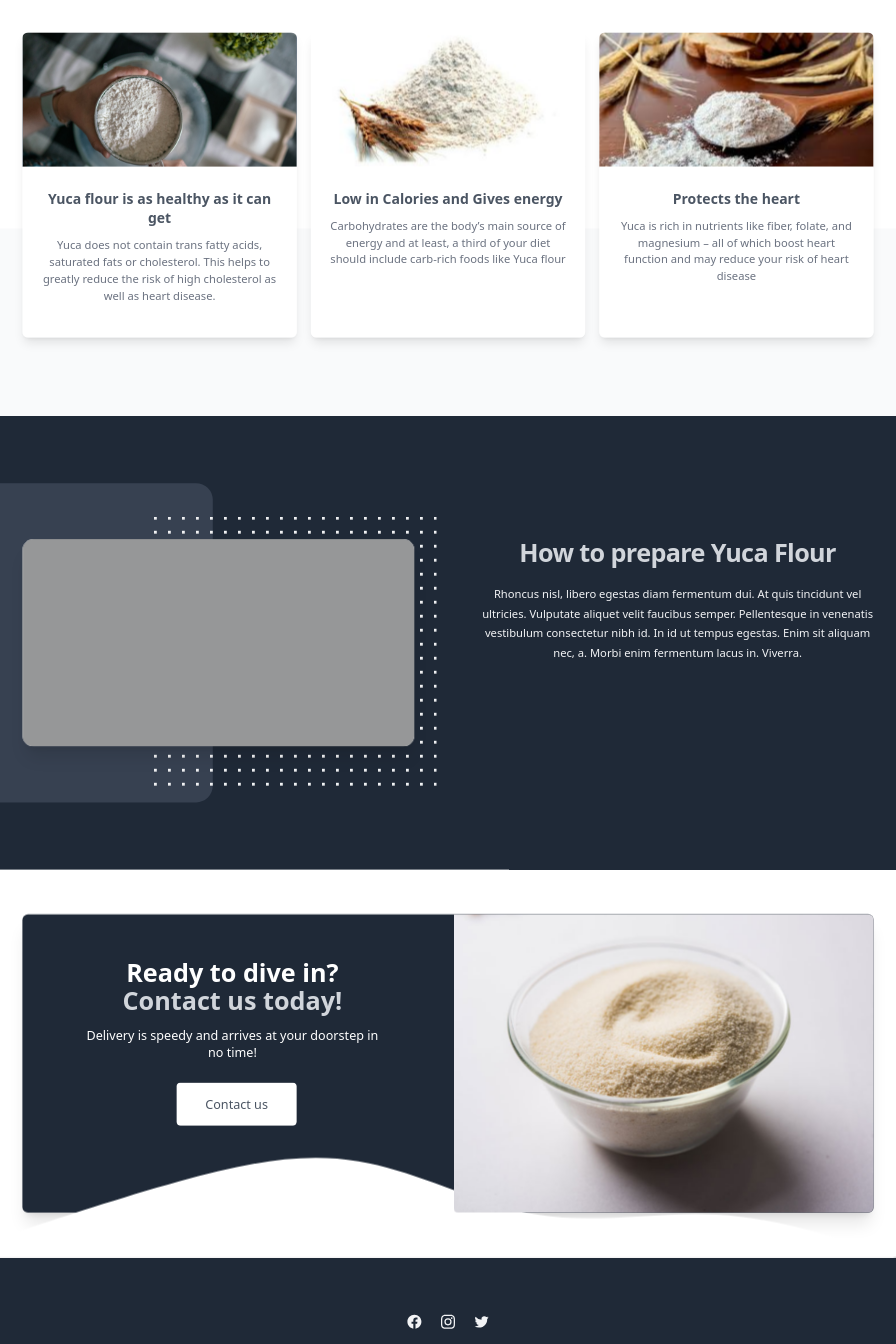
Repository: bellatrick/prime-foods
Page: /
These files come from the project's save history. The page is drawn as it stood at one moment and after the next save; the edit follows.
The browser window is 1280 px wide. The pictures show the part of the page from y = 955 to 2875 px (the page is 2960 px tall), at 70% of full size.
Pictures or frames that could not be fetched are drawn as grey boxes. Some web fonts or font styles are not loaded; a fallback is used. The project was rebuilt for these pictures with package versions that can differ from the ones it lists, and the page was loaded fresh each time.

Above is the page before, as saved 2022-05-01 12:41:15.

### public/index.html
<!DOCTYPE html>
<html lang="en">
  <head>
    <meta charset="utf-8" />
    <link rel="icon" href="%PUBLIC_URL%/favicon.ico" />
    <meta name="viewport" content="width=device-width, initial-scale=1" />
    <meta name="theme-color" content="#000000" />
    <meta
      name="description"
      content="Web site created using create-react-app"
    />
    <link rel="apple-touch-icon" href="%PUBLIC_URL%/logo192.png" />
    <link rel="preconnect" href="https://fonts.googleapis.com" />
    <link rel="preconnect" href="https://fonts.gstatic.com" crossorigin />
    <link
      href="https://fonts.googleapis.com/css2?family=Dancing+Script:wght@400;500;600;700&family=Inter:wght@100;200;300;400;500;700;900&family=Kavoon&display=swap"
      rel="stylesheet"
    />
    <!--
      manifest.json provides metadata used when your web app is installed on a
      user's mobile device or desktop. See https://developers.google.com/web/fundamentals/web-app-manifest/
    -->
    <link rel="manifest" href="%PUBLIC_URL%/manifest.json" />
    <!--
      Notice the use of %PUBLIC_URL% in the tags above.
      It will be replaced with the URL of the `public` folder during the build.
      Only files inside the `public` folder can be referenced from the HTML.

      Unlike "/favicon.ico" or "favicon.ico", "%PUBLIC_URL%/favicon.ico" will
      work correctly both with client-side routing and a non-root public URL.
      Learn how to configure a non-root public URL by running `npm run build`.
    -->
    <title>React App</title>
  </head>
  <body>
    <noscript>You need to enable JavaScript to run this app.</noscript>
    <div id="root"></div>
    <!--
      This HTML file is a template.
      If you open it directly in the browser, you will see an empty page.

      You can add webfonts, meta tags, or analytics to this file.
      The build step will place the bundled scripts into the <body> tag.

      To begin the development, run `npm start` or `yarn start`.
      To create a production bundle, use `npm run build` or `yarn build`.
    -->
  </body>
</html>

### src/App.js
import Hero from './components/Hero'
import Features from './components/Features'
import Cta from './components/Cta'
import Footer from './components/Footer'
import Content from './components/Content'
import './App.css';

function App() {
  return (
    <div className="App">
     <Hero/>
     <Features/>
     <Content/>
     <Cta/>
     <Footer/>

    </div>
  );
}

export default App;

### src/components/Hero.jsx
import { Popover } from "@headlessui/react";
import img1 from "../assets/img7.jpg";
import logo from "../assets/prime.jpg";
import Fade from "react-reveal/Fade";

export default function Example() {
  return (
    <div className="relative bg-gray-800">
      <Popover className="relative bg-white shadow">
        <div className="max-w-7xl mx-auto px-4 sm:px-6">
          <div className="flex justify-between items-center py-6  md:space-x-10">
            <div className="flex justify-start lg:w-0 lg:flex-1">
              <img
                src={logo}
                alt=""
                className="h-12 w-auto sm:h-12 object-fill"
              />
            </div>
            <div className="flex gap-8 text-white font-bold cursor-pointer  ">
              <a
                className="hover:bg-gray-400 hover:text-white w-32 py-2 text-white bg-gray-800 rounded-md"
                href="#About"
              >
                About{" "}
              </a>
              <a
                className="hover:bg-gray-400 hover:text-white w-32 py-2 text-white bg-gray-800 rounded-md"
                href="#contact-us"
              >
                Contact us
              </a>
            </div>
          </div>
        </div>
      </Popover>

      <main className="lg:relative">
        <div className="mx-auto max-w-7xl w-full pt-16 pb-20 text-center lg:py-48 lg:text-left">
          <div className="px-4 lg:w-1/2 sm:px-8 xl:pr-16">
            <Fade left opposite>
              <h1 className="text-4xl tracking-tight font-extrabold text-white sm:text-5xl md:text-6xl lg:text-5xl xl:text-6xl">
                <span className="block xl:inline">Yuca Flour</span>{" "}
              </h1>
            </Fade>
            <Fade right opposite>
              <p className="mt-3 max-w-md mx-auto text-lg text-gray-100 sm:text-xl md:mt-5 md:max-w-3xl">
                Yuca flour is a product of cassava. It is nutrient dense and
                provides all the nourishment your body needs to be fortified.
              </p>
            </Fade>

            <div className="mt-10 flex justify-center lg:justify-start">
              <div className="mt-3 sm:mt-0 sm:ml-3">
                <a
                  href="#About"
                  className="w-72 z-10 flex items-center justify-center px-8 py-2 border border-transparent text-base font-medium rounded-md hover:bg-gray-900 text-white bg-gray-400  cursor-pointer md:py-4 md:text-lg md:px-10"
                >
                  Learn more
                </a>
              </div>
            </div>
          </div>
        </div>

        <Fade bottom opposite>
          <div className="relative w-full h-64 sm:h-72 md:h-96 lg:absolute lg:inset-y-0 lg:right-0 lg:w-1/2 lg:h-full">
            <img
              className="absolute inset-0 w-full h-full object-cover"
              src={img1}
              alt=""
            />
          </div>
        </Fade>
      </main>

      <div className="absolute bottom-0 left-0 right-0 w-full">
        <svg
          xmlns="http://www.w3.org/2000/svg"
          viewBox="0 0 1440 320"
          className="h-48  z-0"
        >
          <path
            fill="#fff"
            fill-opacity="1"
            d="M0,288L48,272C96,256,192,224,288,197.3C384,171,480,149,576,165.3C672,181,768,235,864,250.7C960,267,1056,245,1152,250.7C1248,256,1344,288,1392,304L1440,320L1440,320L1392,320C1344,320,1248,320,1152,320C1056,320,960,320,864,320C768,320,672,320,576,320C480,320,384,320,288,320C192,320,96,320,48,320L0,320Z"
          ></path>
        </svg>
      </div>
    </div>
  );
}

### src/components/Features.jsx
import img1 from "../assets/img2.jpg";
import img2 from "../assets/img3.png";
import img3 from "../assets/img4.jfif";
import Fade from "react-reveal/Fade";
const posts = [
  {
    title: "Yuca flour is as healthy as it can get",
    description:
      "Yuca does not contain trans fatty acids, saturated fats or cholesterol. This helps to greatly reduce the risk of high cholesterol as well as heart disease.",
    imageUrl: img2,
  },
  {
    title: " Low in Calories and Gives energy",
    description:
      "Carbohydrates are the body’s main source of energy and at least, a third of your diet should include carb-rich foods like Yuca flour",
    imageUrl: img1,

  },
  {
    title: "Protects the heart",
    description:
      "Yuca is rich in nutrients like fiber, folate, and magnesium – all of which boost heart function and may reduce your risk of heart disease",
    imageUrl: img3,
  },
];

export default function Example() {
  return (
    <div className="relative bg-gray-50 pt-16 pb-20 px-4 sm:px-6 lg:pt-24 lg:pb-28 lg:px-8" id='About'>
      <div className="absolute inset-0">
        <div className="bg-white h-1/3 sm:h-2/3" />
      </div>
      <div className="relative max-w-7xl mx-auto">
        <div className="text-center">
          <h2 className="text-3xl tracking-tight font-extrabold text-gray-600 sm:text-4xl">
            About Yuca Flour
          </h2>
          <p className="mt-3 max-w-2xl mx-auto text-xl text-gray-500 sm:mt-4">
            Lorem ipsum dolor sit amet consectetur, adipisicing elit. Ipsa
            libero labore natus atque, ducimus sed.
          </p>
        </div>
        <>
          <div className="mt-12 max-w-lg mx-auto grid gap-5 lg:grid-cols-3 lg:max-w-none">
            {posts.map((post) => (
              <Fade cascade opposite left>
                <div
                  key={post.title}
                  className="flex flex-col rounded-lg shadow-lg overflow-hidden"
                >
                  <div className="flex-shrink-0">
                    <img
                      className="h-48 w-full object-cover"
                      src={post.imageUrl}
                      alt="feature img"
                    />
                  </div>
                  <div className="flex-1 bg-white p-6 flex flex-col justify-between">
                    <div className="flex-1">
                      <a href={post.href} className="block mt-2">
                        <p className="text-xl font-semibold text-gray-600">
                          {post.title}
                        </p>
                        <p className="mt-3 text-base text-gray-500">
                          {post.description}
                        </p>
                      </a>
                    </div>
                    <div className="mt-6 flex items-center"></div>
                  </div>
                </div>
              </Fade>
            ))}
          </div>
        </>
      </div>
    </div>
  );
}

### src/components/Cta.jsx
import img1 from "../assets/img9.jpg";
import Slide from "react-reveal/Slide";
import Fade from "react-reveal/Fade";
export default function Example() {
  return (
    <div className="bg-white relative" id="contact-us">
         <div className="absolute bottom-0 left-0 right-0">
        <svg xmlns="http://www.w3.org/2000/svg" viewBox="0 0 1440 320">
          <path
            fill="#fff"
            fill-opacity="1"
            d="M0,288L48,272C96,256,192,224,288,197.3C384,171,480,149,576,165.3C672,181,768,235,864,250.7C960,267,1056,245,1152,250.7C1248,256,1344,288,1392,304L1440,320L1440,320L1392,320C1344,320,1248,320,1152,320C1056,320,960,320,864,320C768,320,672,320,576,320C480,320,384,320,288,320C192,320,96,320,48,320L0,320Z"
          ></path>
        </svg>
      </div>
      <div className="max-w-7xl mx-auto py-16 px-4 sm:px-6 lg:px-8">
        <div className="bg-gray-800 rounded-lg shadow-xl overflow-hidden lg:grid lg:grid-cols-2 lg:gap-4">
          <div className="pt-6 pb-12 px-6 sm:pt-10 sm:px-16 lg:py-16 lg:pr-0 xl:py-16 xl:px-20">
            <div className="lg:self-center">
              <h2 className="text-2xl font-extrabold text-white sm:text-4xl">
                <Fade left>
                  <span className="block">Ready to dive in?</span>
                </Fade>
                <Fade right>
                  {" "}
                  <span className="block text-gray-300">Contact us today!</span>
                </Fade>
              </h2>
              <Slide left>
                {" "}
                <p className="mt-4 text-lg leading-6 text-white">
                  Delivery is speedy and arrives at your doorstep in no time!
                </p>
              </Slide>
              <Slide left>
                <div className="mt-4 flex justify-center sm:mt-8 sm:ml-3 cursor-pointer">
                  <a
                    href={`https://wa.me/${'+2348108932677'}/?text=${'Hello, i just got off your website and i would like to...'}`}
                    rel="noreferrer"
                    className=" flex items-center justify-center px-8 py-3 border border-transparent text-base font-medium rounded-md bg-white text-gray-600 hover:bg-gray-400 hover:text-white cursor-pointer md:py-4 md:text-lg md:px-10"
                  >
                    Contact us
                  </a>
                </div>
              </Slide>
            </div>
          </div>{" "}
          <div className="-mt-6 aspect-w-5 aspect-h-3 md:aspect-w-2 md:aspect-h-1">
            <Slide right>
              <img
                className="transform translate-x-6 translate-y-6 rounded-md object-cover object-left-top sm:translate-x-16 lg:translate-y-20"
                src={img1}
                alt="App screenshot"
              />
            </Slide>
          </div>
        </div>
      </div>

    </div>
  );
}

### src/components/Footer.jsx
/* This example requires Tailwind CSS v2.0+ */
const navigation = {
    social: [
      {
        name: 'Facebook',
        href: '#',
        icon: (props) => (
          <svg fill="currentColor" viewBox="0 0 24 24" {...props}>
            <path
              fillRule="evenodd"
              d="M22 12c0-5.523-4.477-10-10-10S2 6.477 2 12c0 4.991 3.657 9.128 8.438 9.878v-6.987h-2.54V12h2.54V9.797c0-2.506 1.492-3.89 3.777-3.89 1.094 0 2.238.195 2.238.195v2.46h-1.26c-1.243 0-1.63.771-1.63 1.562V12h2.773l-.443 2.89h-2.33v6.988C18.343 21.128 22 16.991 22 12z"
              clipRule="evenodd"
            />
          </svg>
        ),
      },
      {
        name: 'Instagram',
        href: '#',
        icon: (props) => (
          <svg fill="currentColor" viewBox="0 0 24 24" {...props}>
            <path
              fillRule="evenodd"
              d="M12.315 2c2.43 0 2.784.013 3.808.06 1.064.049 1.791.218 2.427.465a4.902 4.902 0 011.772 1.153 4.902 4.902 0 011.153 1.772c.247.636.416 1.363.465 2.427.048 1.067.06 1.407.06 4.123v.08c0 2.643-.012 2.987-.06 4.043-.049 1.064-.218 1.791-.465 2.427a4.902 4.902 0 01-1.153 1.772 4.902 4.902 0 01-1.772 1.153c-.636.247-1.363.416-2.427.465-1.067.048-1.407.06-4.123.06h-.08c-2.643 0-2.987-.012-4.043-.06-1.064-.049-1.791-.218-2.427-.465a4.902 4.902 0 01-1.772-1.153 4.902 4.902 0 01-1.153-1.772c-.247-.636-.416-1.363-.465-2.427-.047-1.024-.06-1.379-.06-3.808v-.63c0-2.43.013-2.784.06-3.808.049-1.064.218-1.791.465-2.427a4.902 4.902 0 011.153-1.772A4.902 4.902 0 015.45 2.525c.636-.247 1.363-.416 2.427-.465C8.901 2.013 9.256 2 11.685 2h.63zm-.081 1.802h-.468c-2.456 0-2.784.011-3.807.058-.975.045-1.504.207-1.857.344-.467.182-.8.398-1.15.748-.35.35-.566.683-.748 1.15-.137.353-.3.882-.344 1.857-.047 1.023-.058 1.351-.058 3.807v.468c0 2.456.011 2.784.058 3.807.045.975.207 1.504.344 1.857.182.466.399.8.748 1.15.35.35.683.566 1.15.748.353.137.882.3 1.857.344 1.054.048 1.37.058 4.041.058h.08c2.597 0 2.917-.01 3.96-.058.976-.045 1.505-.207 1.858-.344.466-.182.8-.398 1.15-.748.35-.35.566-.683.748-1.15.137-.353.3-.882.344-1.857.048-1.055.058-1.37.058-4.041v-.08c0-2.597-.01-2.917-.058-3.96-.045-.976-.207-1.505-.344-1.858a3.097 3.097 0 00-.748-1.15 3.098 3.098 0 00-1.15-.748c-.353-.137-.882-.3-1.857-.344-1.023-.047-1.351-.058-3.807-.058zM12 6.865a5.135 5.135 0 110 10.27 5.135 5.135 0 010-10.27zm0 1.802a3.333 3.333 0 100 6.666 3.333 3.333 0 000-6.666zm5.338-3.205a1.2 1.2 0 110 2.4 1.2 1.2 0 010-2.4z"
              clipRule="evenodd"
            />
          </svg>
        ),
      },
      {
        name: 'Twitter',
        href: '#',
        icon: (props) => (
          <svg fill="currentColor" viewBox="0 0 24 24" {...props}>
            <path d="M8.29 20.251c7.547 0 11.675-6.253 11.675-11.675 0-.178 0-.355-.012-.53A8.348 8.348 0 0022 5.92a8.19 8.19 0 01-2.357.646 4.118 4.118 0 001.804-2.27 8.224 8.224 0 01-2.605.996 4.107 4.107 0 00-6.993 3.743 11.65 11.65 0 01-8.457-4.287 4.106 4.106 0 001.27 5.477A4.072 4.072 0 012.8 9.713v.052a4.105 4.105 0 003.292 4.022 4.095 4.095 0 01-1.853.07 4.108 4.108 0 003.834 2.85A8.233 8.233 0 012 18.407a11.616 11.616 0 006.29 1.84" />
          </svg>
        ),
      },
    ],
  }

  export default function Example() {
    return (
      <footer className="bg-gray-800">
        <div className="max-w-7xl mx-auto py-12 px-4 overflow-hidden sm:px-6 lg:px-8">
          <div className="mt-8 flex justify-center space-x-6">
            {navigation.social.map((item) => (
              <a key={item.name} href={item.href} className="text-gray-100 hover:text-gray-200">
                <span className="sr-only">{item.name}</span>
                <item.icon className="h-6 w-6" aria-hidden="true" />
              </a>
            ))}
          </div>
          <p className="mt-8 text-center text-base text-gray-100">&copy; 2022 Prime foods. All rights reserved.</p>
        </div>
      </footer>
    )
  }

### src/components/Content.jsx
import img1 from "../assets/img1.jpg";
import Fade from "react-reveal/Fade";
export default function Example() {
  return (
    <div className="relative bg-gray-800 py-16 sm:py-24">
      <div className="lg:mx-auto lg:max-w-7xl lg:px-8 lg:grid lg:grid-cols-2 lg:gap-24 lg:items-start">
        <div className="relative sm:py-16 lg:py-0">
          <div
            aria-hidden="true"
            className="hidden sm:block lg:absolute lg:inset-y-0 lg:right-0 lg:w-screen"
          >
            <div className="absolute inset-y-0 right-1/2 w-full bg-gray-700 rounded-r-3xl lg:right-72" />
            <svg
              className="absolute top-8 left-1/2 -ml-3 lg:-right-8 lg:left-auto lg:top-12"
              width={404}
              height={392}
              fill="none"
              viewBox="0 0 404 392"
            >
              <Fade left>
                <defs>
                  <pattern
                    id="02f20b47-fd69-4224-a62a-4c9de5c763f7"
                    x={0}
                    y={0}
                    width={20}
                    height={20}
                    patternUnits="userSpaceOnUse"
                  >
                    <rect
                      x={0}
                      y={0}
                      width={4}
                      height={4}
                      className="text-gray-100"
                      fill="currentColor"
                    />
                  </pattern>
                </defs>
              </Fade>
              <rect
                width={404}
                height={392}
                fill="url(#02f20b47-fd69-4224-a62a-4c9de5c763f7)"
              />
            </svg>
          </div>
          <div className="relative mx-auto max-w-md px-4 sm:max-w-3xl sm:px-6 lg:px-0 lg:max-w-none lg:py-20">
            {/* Testimonial card*/}
            <Fade right>
              <div className="relative pt-64 pb-10 rounded-2xl shadow-xl overflow-hidden">
                <img
                  className="absolute inset-0 h-full w-full object-cover"
                  src={img1}
                  alt=""
                />
                <div className="absolute inset-0 bg-gray-100 mix-blend-multiply" />
              </div>
            </Fade>
          </div>
        </div>
        <div className="relative mx-auto max-w-md px-4 sm:max-w-3xl sm:px-6 lg:px-0">
          {/* Content area */}
          <div className="pt-12 sm:pt-16 lg:pt-20">
            <Fade left>
              <h2 className="text-3xl text-gray-300 font-extrabold tracking-tight sm:text-4xl">
                How to prepare Yuca Flour
              </h2>
            </Fade>
            <Fade right>
              <div className="mt-6 text-gray-100 space-y-6">
                <p className="text-base leading-7">
                  Rhoncus nisl, libero egestas diam fermentum dui. At quis
                  tincidunt vel ultricies. Vulputate aliquet velit faucibus
                  semper. Pellentesque in venenatis vestibulum consectetur nibh
                  id. In id ut tempus egestas. Enim sit aliquam nec, a. Morbi
                  enim fermentum lacus in. Viverra.
                </p>
              </div>
            </Fade>
          </div>
        </div>
      </div>
    </div>
  );
}

### tailwind.config.js
module.exports = {
  content: ["./src/**/*.{js,jsx,ts,tsx}"],
  theme: {
    extend: {
      colors: {
        primary: "#do380c",
      },
      fontFamily: {
        body: ["Inter", "sans-serif"],
        logo: ["Dancing Script", "cursive"],
      },
    },
  },
  plugins: [],
};

Loaded but not shown: src/index.js (common file); src/index.css (common file); src/reportWebVitals.js (common file); src/App.css (common file)

After the next save:
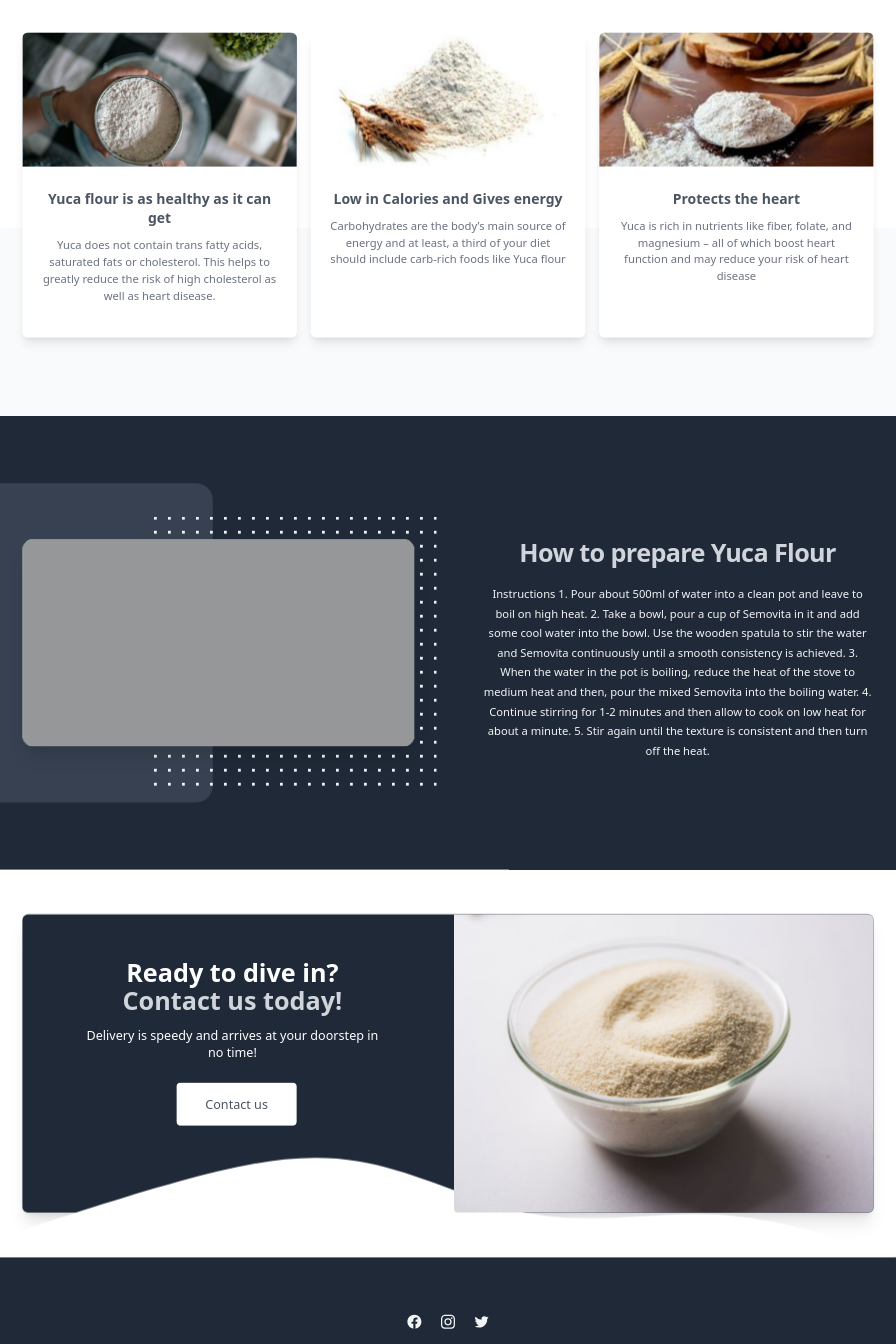
Saved 4 min 15 s later.
--- a/src/components/Content.jsx
+++ b/src/components/Content.jsx
@@ -70,11 +70,16 @@ export default function Example() {
             <Fade right>
               <div className="mt-6 text-gray-100 space-y-6">
                 <p className="text-base leading-7">
-                  Rhoncus nisl, libero egestas diam fermentum dui. At quis
-                  tincidunt vel ultricies. Vulputate aliquet velit faucibus
-                  semper. Pellentesque in venenatis vestibulum consectetur nibh
-                  id. In id ut tempus egestas. Enim sit aliquam nec, a. Morbi
-                  enim fermentum lacus in. Viverra.
+                  Instructions 1. Pour about 500ml of water into a clean pot and
+                  leave to boil on high heat. 2. Take a bowl, pour a cup of
+                  Semovita in it and add some cool water into the bowl. Use the
+                  wooden spatula to stir the water and Semovita continuously
+                  until a smooth consistency is achieved. 3. When the water in
+                  the pot is boiling, reduce the heat of the stove to medium
+                  heat and then, pour the mixed Semovita into the boiling water.
+                  4. Continue stirring for 1-2 minutes and then allow to cook on
+                  low heat for about a minute. 5. Stir again until the texture
+                  is consistent and then turn off the heat.
                 </p>
               </div>
             </Fade>
